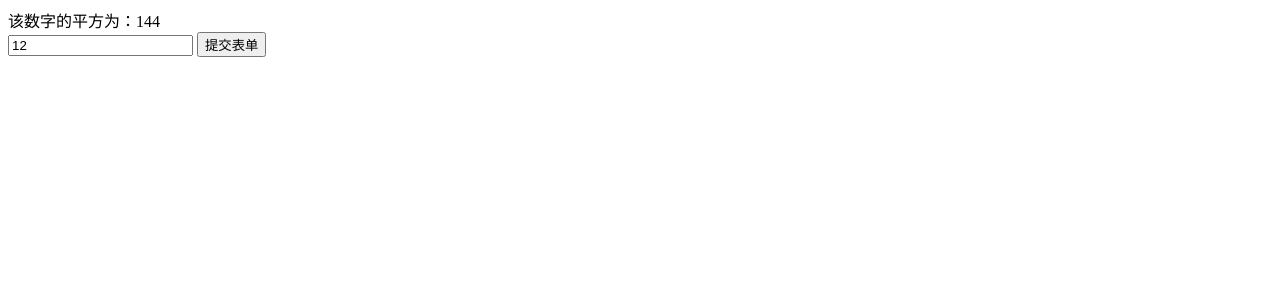
Repository: Matty-GCU/MyEclipse
Page: http://localhost/Java_Web_Learning/chapter05_JSP&form/textbook/5.4formP1_hidden.jsp
The author's editor kept a copy of each file at every save. The page is drawn from the files as they stood at one save, then again after the next save.
The browser window is 1280 px wide. The pictures show the whole page.
The page is served by Tomcat 9.

Above is the page before, as saved 2021-10-04 06:49:38.

### Java_Web_Learning/WebRoot/chapter05_JSP&form/textbook/5.4formP1_hidden.jsp
<%@ page language="java" contentType="text/html; charset=UTF-8"
    pageEncoding="UTF-8"%>
<html>
	<head>
		<meta http-equiv="Content-Type" content="text/html; charset=UTF-8">
	</head>
	<body>
		<%
			String str = "12";
			int num = Integer.parseInt(str);
		%>
		该数字的平方为：<%=num*num%><br>
		<form action="5.4formP2.jsp">
			<!-- <input type="text" name="number" value="<%=num%>"> -->
			<input type="text" name="number" value="<%=num%>">
			<input type="submit" value="提交表单">
		</form>
	</body>
</html>

After the next save:
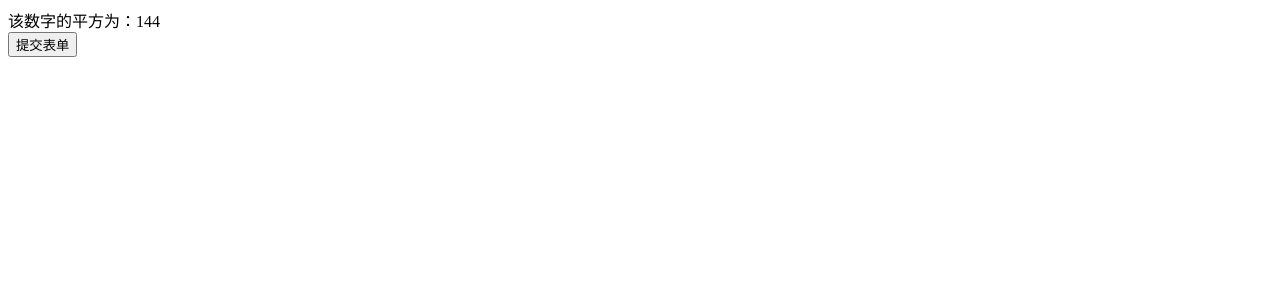
Saved 13 s later.
--- a/Java_Web_Learning/WebRoot/chapter05_JSP&form/textbook/5.4formP1_hidden.jsp
+++ b/Java_Web_Learning/WebRoot/chapter05_JSP&form/textbook/5.4formP1_hidden.jsp
@@ -12,7 +12,7 @@
 		该数字的平方为：<%=num*num%><br>
 		<form action="5.4formP2.jsp">
 			<!-- <input type="text" name="number" value="<%=num%>"> -->
-			<input type="text" name="number" value="<%=num%>">
+			<input type="hidden" name="number" value="<%=num%>">
 			<input type="submit" value="提交表单">
 		</form>
 	</body>
